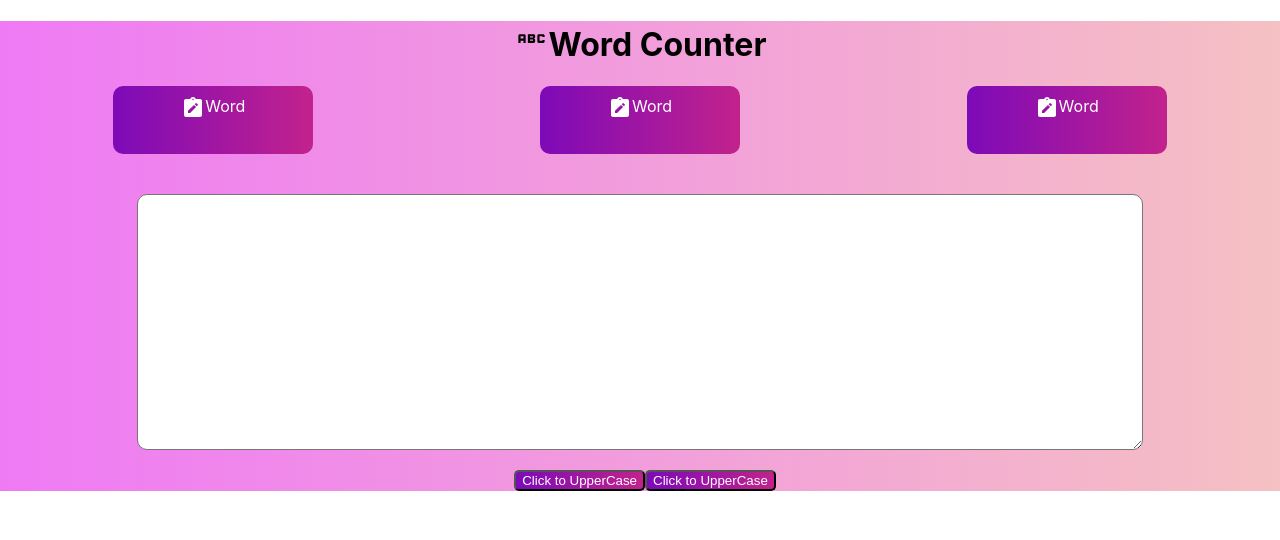
Repository: 123cuongcao/nopbai-basic
Page: /
These files come from the project's save history. The page is drawn as it stood at one moment and after a run of saves; the edit follows.
The browser window is 1280 px wide. The pictures show the whole page.
The project was rebuilt for these pictures with package versions that can differ from the ones it lists, and the page was loaded fresh each time.

Above is the page before, as saved 2023-08-15 11:48:17.

### src/App.js
import logo from './logo.svg';
// import './App.css';
import Index from './components';

function App() {
  return (
    <>
      <Index/>
    </>
  );
}

export default App;

### src/components/index.jsx
import React from "react";
import Box from "./views/box";
import AbcIcon from '@mui/icons-material/Abc';
import Textarea from "./views/textarea";

export default function Index() {
  return (
    <div
      style={{
        background: "linear-gradient(to right,#e002ec86,#f3b6b9db",
      }}
    >
        <h1 style={{textAlign:'center'}}> <span ><AbcIcon fontSize="large"/></span>Word Counter</h1>

      <div style={{display: "flex",justifyContent:'space-around'}} >
        <Box />
        <Box />
        <Box />
      </div>

      <div style={{display:'flex',justifyContent:'center',marginTop:'40px'}}>
            <Textarea/>
      </div>

      <div style={{display:'flex',justifyContent:'center',padding:'20px 0px 0px 10px'}}>
            <button style={{background:'linear-gradient(to right,#7D0AB8,#C2228C',color:'#fff',borderRadius:'5px'}} >Click to UpperCase</button>
            <button style={{background:'linear-gradient(to right,#7D0AB8,#C2228C',color:'#fff',borderRadius:'5px'}} >Click to UpperCase</button>

      </div>
    </div>
  );
}

### src/components/views/box.jsx
import React from 'react'
import NoteAltIcon from '@mui/icons-material/NoteAlt';

export default function Box() {
  return (
    <div style={{background:'linear-gradient(to right,#7D0AB8,#C2228C',width:'200px',display:'flex',justifyContent:'center',color:'#ffff',borderRadius:'10px'}}>
      <div style={{display:'flex',padding:"10px 30px 30px 30px"}}>
      <span><NoteAltIcon/></span>
      <span>Word</span>
      </div>


    </div>
  )
}

### src/components/views/textarea.jsx
import React from 'react'

export default function Textarea() {
  return (
    <>
        <textarea style={{width:'1000px',height:'250px',borderRadius:'10px',}}></textarea>
    </>
  )
}

Loaded but not shown: public/index.html (common file); src/index.js (common file); src/index.css (common file); src/reportWebVitals.js (common file)

After the next 2 saves:
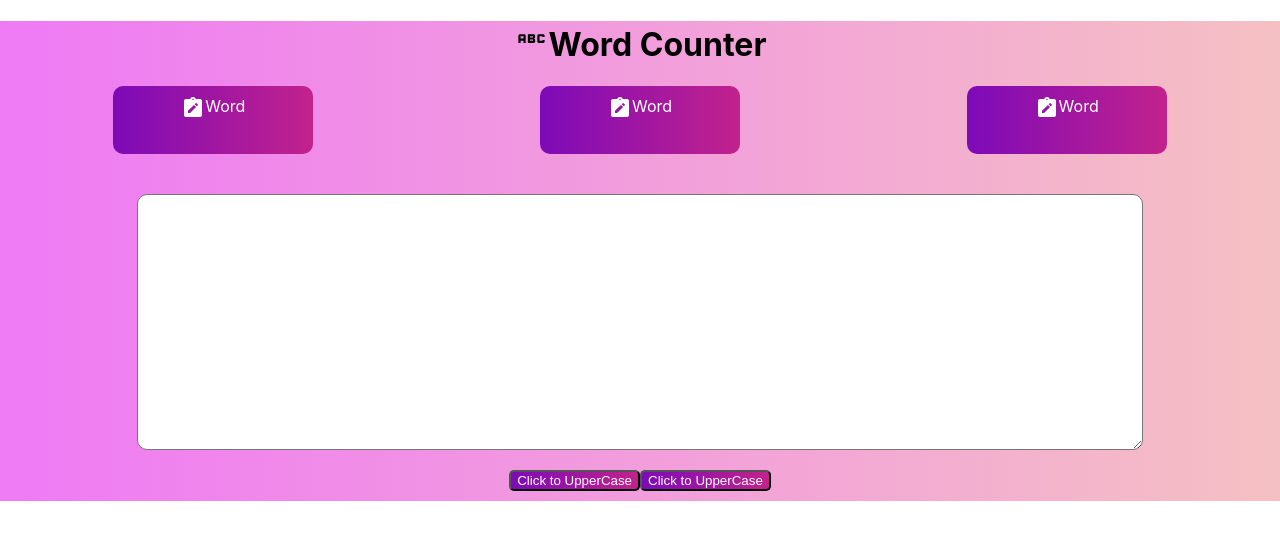
The 2 saves are shown as one change because they came seconds apart.
The last was saved 12 s later.
--- a/src/components/index.jsx
+++ b/src/components/index.jsx
@@ -22,7 +22,7 @@ export default function Index() {
             <Textarea/>
       </div>
 
-      <div style={{display:'flex',justifyContent:'center',padding:'20px 0px 0px 10px'}}>
+      <div style={{display:'flex',justifyContent:'center',padding:'20px 0px 10px 0px'}}>
             <button style={{background:'linear-gradient(to right,#7D0AB8,#C2228C',color:'#fff',borderRadius:'5px'}} >Click to UpperCase</button>
             <button style={{background:'linear-gradient(to right,#7D0AB8,#C2228C',color:'#fff',borderRadius:'5px'}} >Click to UpperCase</button>
 
